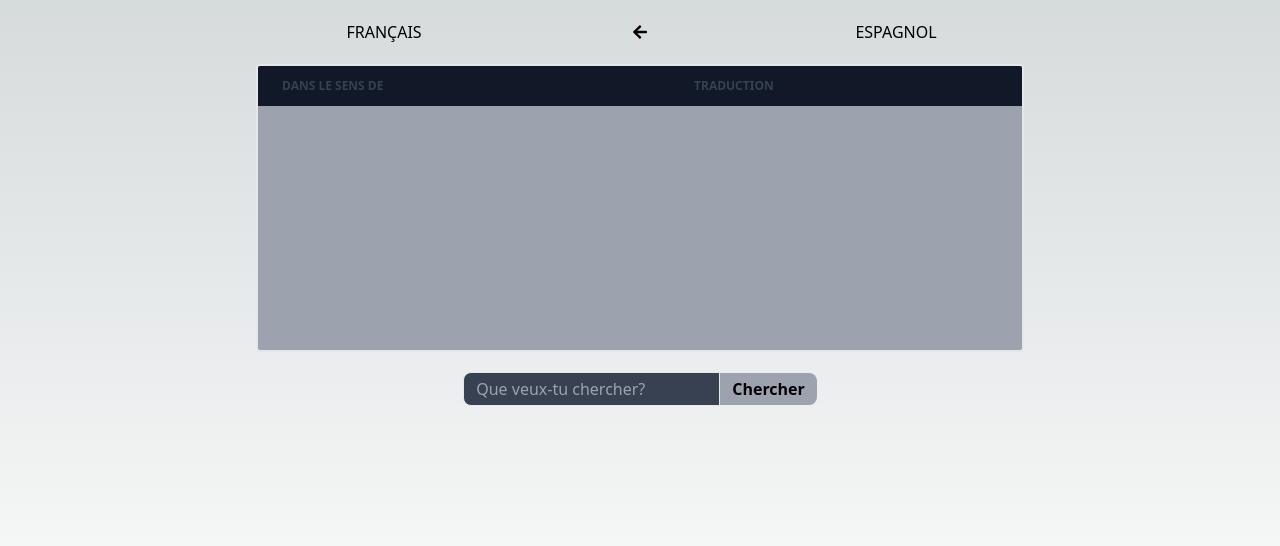
Repository: All-Khwarizmi/Dico
Page: /
These files come from the project's save history. The page is drawn as it stood at one moment and after the next save; the edit follows.
The browser window is 1280 px wide. The pictures show the whole page.
An inner scrolling area shows only its first screen. The project was rebuilt for these pictures with package versions that can differ from the ones it lists, and the page was loaded fresh each time. The framework's server and built-in components were replaced by stand-ins that run in the browser. Also part of the build but not shown: next.config.js, vite.config.ts.

Above is the page before, as saved 2023-02-17 18:05:52.

### src/app/page.tsx
'use client';
import Image from 'next/image';
import { Inter } from '@next/font/google';
import { FaArrowLeft } from 'react-icons/fa';
import { BsArrowRight } from 'react-icons/bs';
import { FaArrowRight } from 'react-icons/fa';
import EspModal from '@/components/EspModal';
import DicoModal from '@/components/DicoModal';

const inter = Inter({ subsets: ['latin'] });
import parse from 'html-react-parser';
import { useState } from 'react';
import Link from 'next/link';

type Trad = {
  source: string;
  target: string;
};
type Translations = Array<Trad>;
interface TranslationsFetch {
  translations: Array<Trad>;
}
export default function Home() {
  const [word, setWord] = useState<string>('');
  const [isFr, setIsFR] = useState<Boolean>(false);
  const [translations, setTranslations] = useState<Translations>([]);

  const submitWord = (e: React.FormEvent<HTMLFormElement>) => {
    e.preventDefault();
    let check = word.split(' ').length;
    console.log('Submitting', check);
    if (check > 1) {
      return window.alert('1 mot à la fois');
    }
    if (isFr) return fetchDico(word).catch((err) => console.log(err));
     fetchDicoEsp(word).catch((err) => console.log(err));
  };

  const inputWord = (e: React.ChangeEvent<HTMLInputElement>) => {
    return setWord(e.target.value);
  };

  const fetchDico = async (word: string): Promise<void> => {
    console.log('Fetching..');
     const url = 'https://dico-ochre.vercel.app/api/dico';
    const options: RequestInit = {
      method: 'POST',
      headers: {
        'Content-Type': 'text/plain;charset=UTF-8',
      },
      body: JSON.stringify(word),
    };
    const res = await fetch(url, options);
    // eslint-disable-next-line @typescript-eslint/no-unsafe-assignment
    const data = await res.json();
    console.log('Data: ', data);
    // eslint-disable-next-line @typescript-eslint/no-unsafe-assignment
    const { translations }: TranslationsFetch = data;
    setTranslations(translations);
    setWord('');
  };
  const fetchDicoEsp = async (word: string): Promise<void> => {
    console.log('Fetching..');
    const url = 'https://dico-ochre.vercel.app/api/esp';
    const options: RequestInit = {
      method: 'POST',
      headers: {
        'Content-Type': 'text/plain;charset=UTF-8',
      },
      body: JSON.stringify(word),
    };
    const res = await fetch(url, options);
    // eslint-disable-next-line @typescript-eslint/no-unsafe-assignment
    const data = await res.json();
    console.log('Data: ', data);
    // eslint-disable-next-line @typescript-eslint/no-unsafe-assignment
    const { translations }: TranslationsFetch = data;
    setTranslations(translations);
    setWord('');
  };
  return (
    <main className='h-screen w-screen'>
      <div className='grid place-items-center  '>
        {isFr ? (
          <div className='grid w-[60%] grid-cols-3  place-items-center  '>
            <button onClick={() => setIsFR(!isFr)}>
              <h1 className='py-5 text-center uppercase text-1xl'>Français</h1>
            </button>
            <button onClick={() => setIsFR(!isFr)}>
              <FaArrowRight />
            </button>
            <button onClick={() => setIsFR(!isFr)}>
              <h1 className='py-5 text-center uppercase text-1xl'>Espagnol</h1>
            </button>
          </div>
        ) : (
          <div className='grid w-[60%] grid-cols-3  place-items-center  '>
            <button onClick={() => setIsFR(!isFr)}>
              <h1 className='py-5 text-center uppercase text-1xl'>Français</h1>
            </button>
            <button onClick={() => setIsFR(!isFr)}>
              <FaArrowLeft />
            </button>
            <button onClick={() => setIsFR(!isFr)}>
              <h1 className='py-5 text-center uppercase text-1xl'>Espagnol</h1>
            </button>
          </div>
        )}
      </div>
      <div className='flex h-[100%] flex-col items-center gap-5'>
        <div className='border-black-500 h-[40%] max-h-[40%] w-[60%] overflow-scroll rounded border-2 border-solid bg-gray-400'>
          <div className='text-black '>
            <div className=''>
              <table className='  relative w-full text-left text-sm text-gray-500 dark:text-gray-400'>
                <thead className='  sticky top-0 bg-gray-900 text-xs uppercase text-gray-700 '>
                  <tr>
                    <th scope='col' className='px-6 dark:text-white py-3 '>
                      Dans le sens de
                    </th>
                    <th scope='col' className='px-6 dark:text-white py-3 '>
                      Traduction
                    </th>
                  </tr>
                </thead>
                <tbody className='bg-gray-800'>
                  {translations?.map((trad: Trad, index) => {
                    return (
                      <tr
                        className='border-b bg-white dark:border-gray-700 dark:bg-gray-800'
                        key={index}
                      >
                        <td className='px-6 py-4'> {parse(trad?.source)}</td>
                        <th
                          scope='row'
                          className='whitespace-nowrap px-6 py-4 font-medium text-gray-900 dark:text-white'
                        >
                          {parse(trad?.target)}
                        </th>
                      </tr>
                    );
                  })}
                </tbody>
              </table>
            </div>
          </div>
        </div>
        <form className='text-black' onSubmit={(e) => submitWord(e)}>
          <input
            onChange={(event) => inputWord(event)}
            value={word}
            placeholder='Que veux-tu chercher?'
            className='rounded-lg border dark:text-white border-1 bg-gray-700 rounded-r-none px-3 py-1'
            type='text'
            name='word'
            id='word'
          />
          <button
            className='rounded-lg rounded-l-none bg-gray-400 dark:text-white font-bold dark:bg-purple-900 px-3 py-1 dark:py-1.5'
            type='submit'
          >
            Chercher
          </button>
        </form>
      </div>
    </main>
  );
}

Loaded but not shown: src/app/layout.tsx (common file); src/app/globals.css (common file); tailwind.config.js (common file)

After the next save:
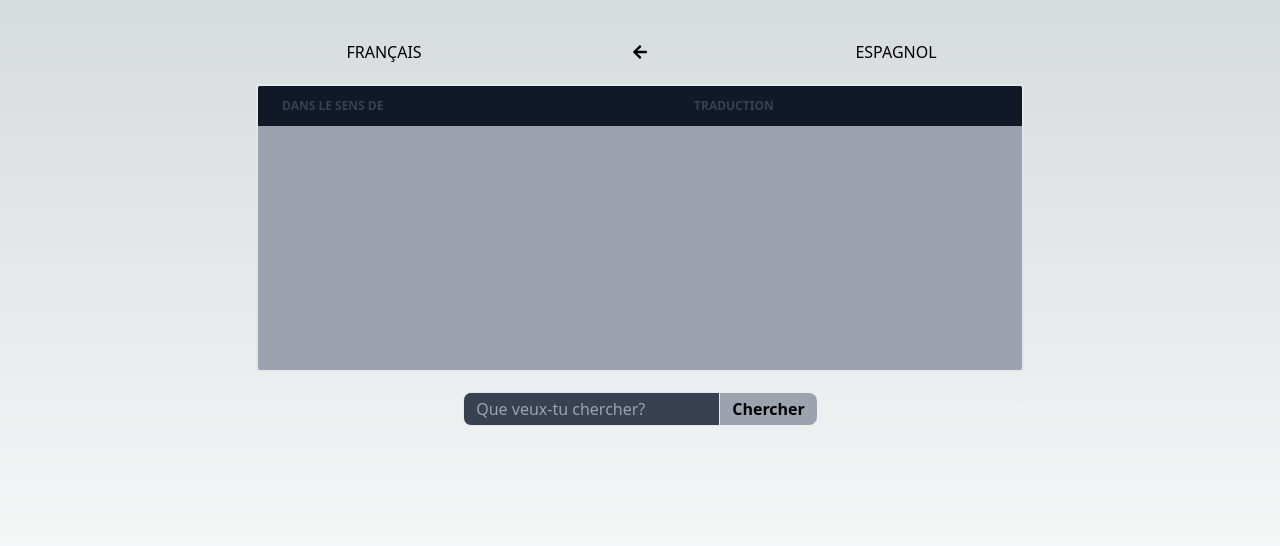
Saved 5 s later.
--- a/src/app/page.tsx
+++ b/src/app/page.tsx
@@ -80,7 +80,7 @@ export default function Home() {
   };
   return (
     <main className='h-screen w-screen'>
-      <div className='grid place-items-center  '>
+      <div className='grid place-items-center pt-5 '>
         {isFr ? (
           <div className='grid w-[60%] grid-cols-3  place-items-center  '>
             <button onClick={() => setIsFR(!isFr)}>
